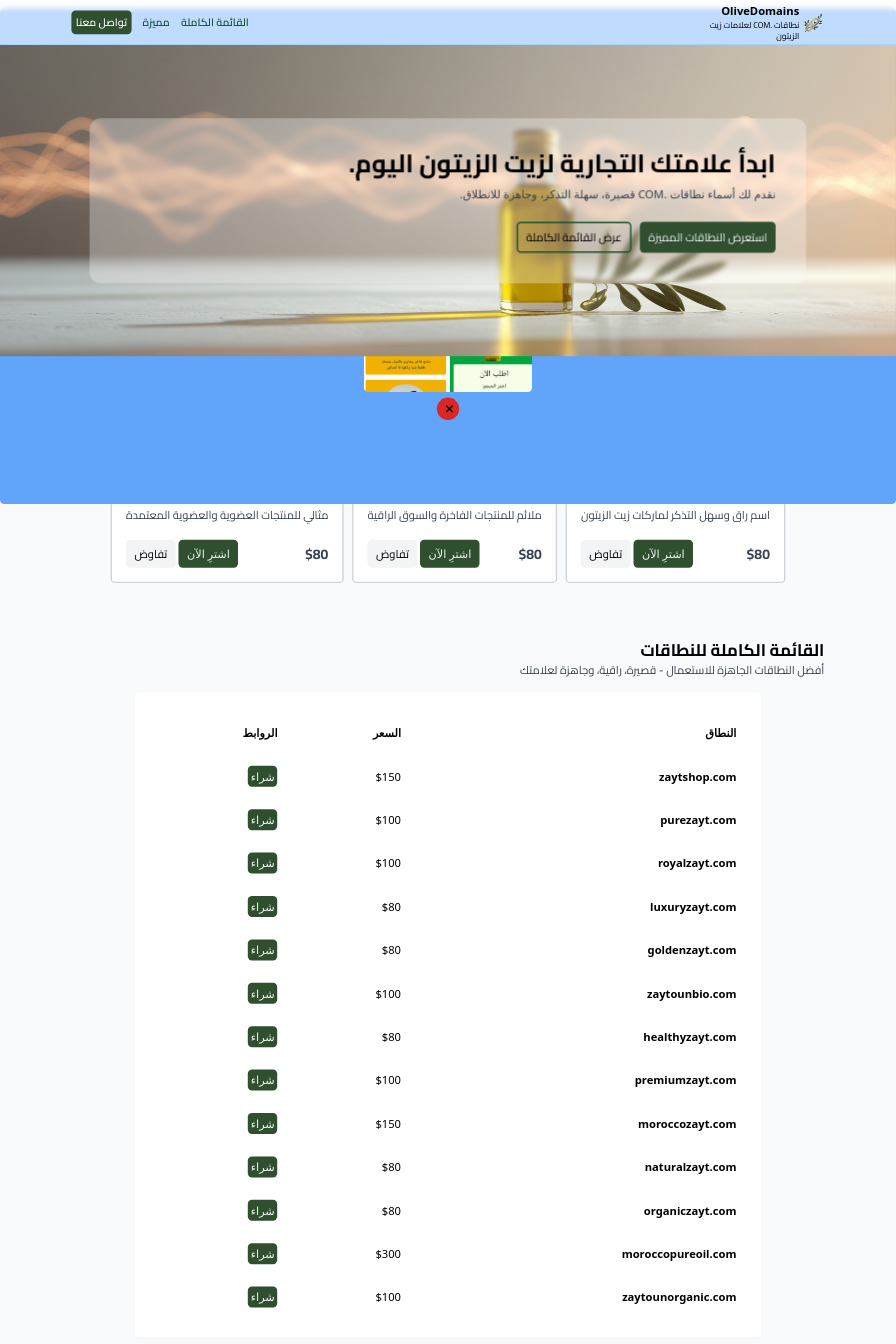
Repository: zakaria-bn05/Olive-oil-domaine-names-english-version
Page: index.html
The author's editor kept a copy of each file at every save. The page is drawn from the files as they stood at one save, then again after the next save.
The browser window is 1280 px wide. The pictures show the part of the page from y = 0 to 1920 px (the page is 2771 px tall), at 70% of full size.
Some web libraries are served in a nearby version.

Above is the page before, as saved 2025-11-19 04:43:25.

After the next save:
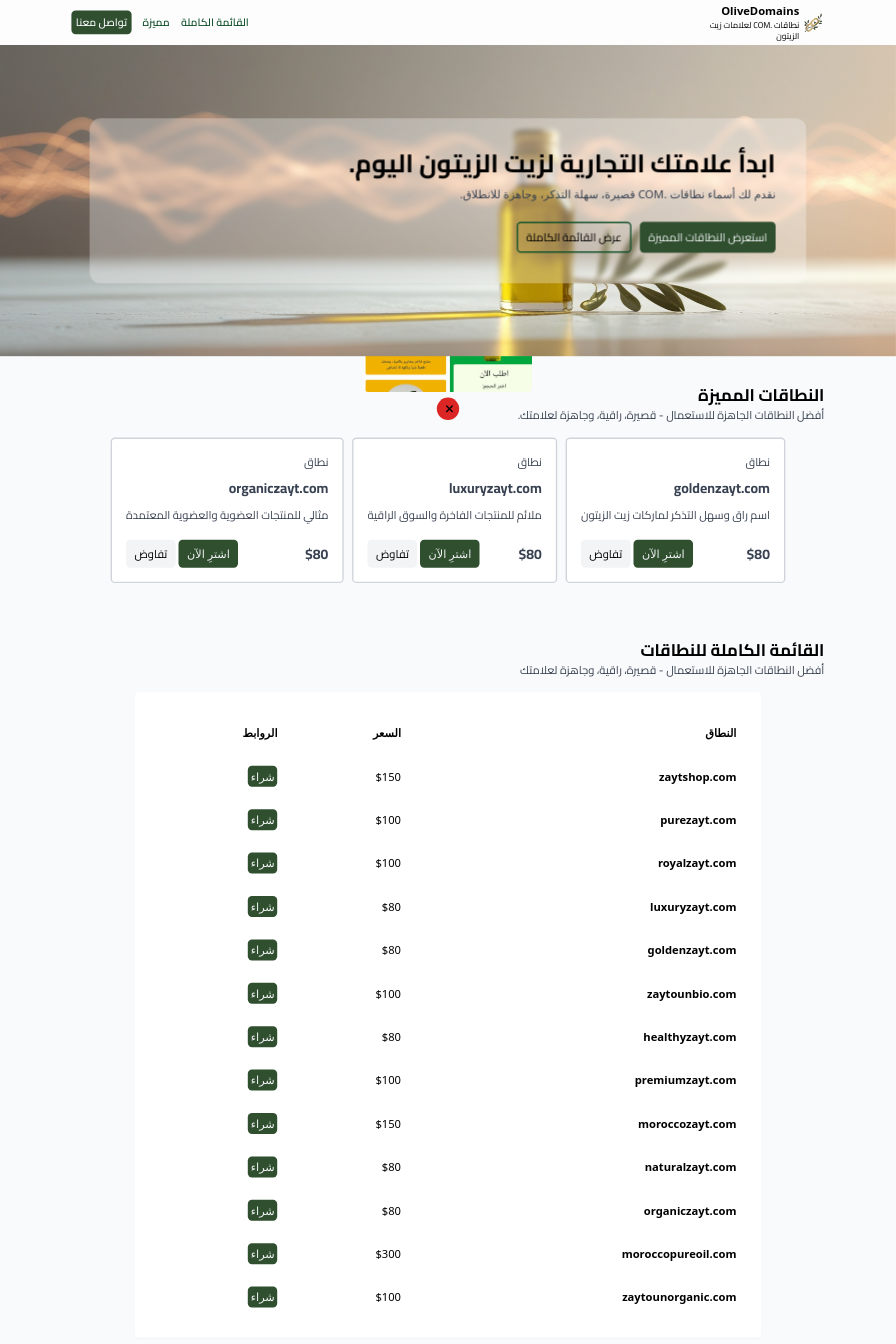
Saved 61 s later.
--- a/index.html
+++ b/index.html
@@ -317,7 +317,7 @@
                 <button id="display-landing-page" class=" bg-olive-btn p-2 text-ms text-gray-100 rounded-md w-max">عرض
                     <i class="fa-solid fa-display"></i></button>
                 <div id="landing-page-container"
-                    class="fixed inset-0  flex flex-col justify-center items-center gap-2 p-2 rounded-md mt-3 bg-blue-400 ">
+                    class="fixed inset-0  flex flex-col justify-center items-center gap-2 p-2 rounded-md mt-3 ">
                     <img src="assets/landing-page.jpg" class="w-60 h-200 rounded-md" alt="">
                     <i
                         class="fa-solid fa-xmark close-red-icon w-8 h-8 font-bold cursor-pointer bg-red-600 hover:bg-red-500 transition-all hover:scale-110 rounded-full p-2"></i>
